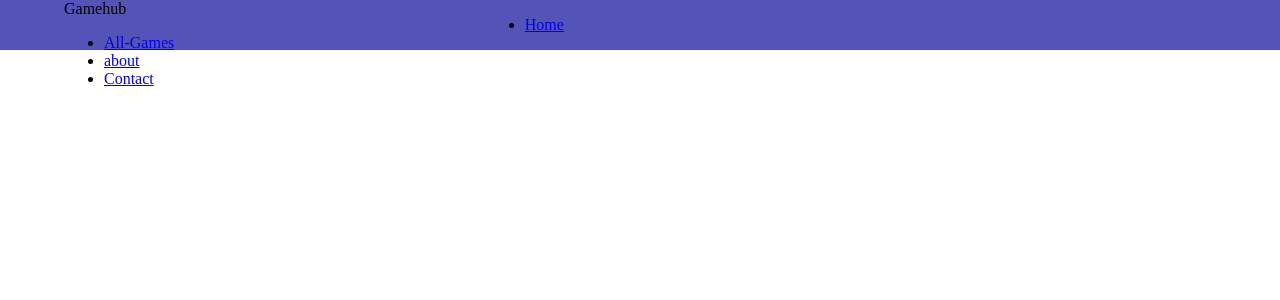
Repository: Fariaddd/New-CA-
Page: index.html
The author's editor kept a copy of each file at every save. The page is drawn from the files as they stood at one save, then again after the next save.
The browser window is 1280 px wide. The pictures show the whole page.

Above is the page before, as saved 2021-11-13 17:55:37.

### index.html
<!DOCTYPE html>
<html lang="en">
  <head>
    <meta charset="UTF-8" />
    <meta http-equiv="X-UA-Compatible" content="IE=edge" />
    <meta name="viewport" content="width=device-width, initial-scale=1.0" />
    <title>Homepage</title>
    <link rel="stylesheet" href="./css/styles.css" />
  </head>
  <body>
    <header>
      <nav>
        <div class="logo">Gamehub</div>
        <ul class="link">
          <li><a href="index.html">Home</a></li>
          <li><a href="allgames.html">All-Games</a></li>
          <li><a href="about.html">about</a></li>
          <li><a href="contact.html">Contact</a></li>
        </ul>
      </nav>
    </header>
  </body>
</html>

### css/styles.css
nav {
  position: fixed;
  z-index: 10;
  left: 0;
  right: 0;
  top: 0;
  font-family: "montserrat" sans-serif;
  padding: 0 5%;
  height: 50px;
  background-color: rgb(83, 83, 184);
}

nav .logo {
  float: left;
  width: 40%;
}

nav .links {
  float: right;
  align-items: center;
  padding: 0;
  margin: 0;
  width: 60%;
  height: 100%;
}

After the next save:
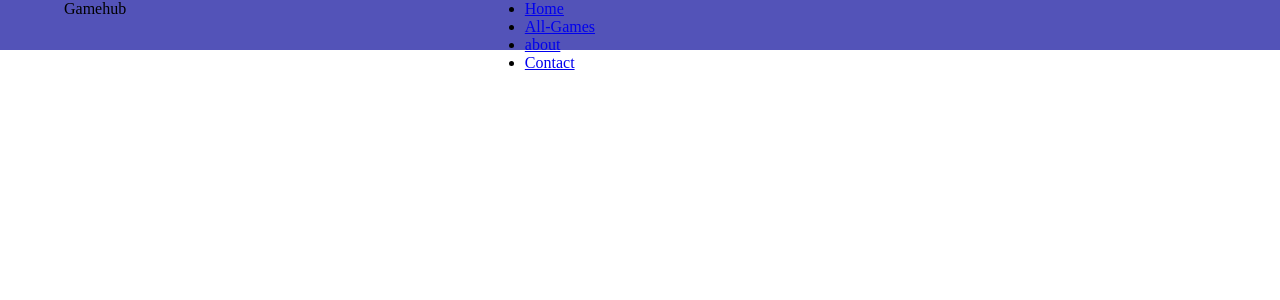
Saved 7 s later.
--- a/css/styles.css
+++ b/css/styles.css
@@ -15,7 +15,7 @@
   width: 40%;
 }
 
-nav .links {
+nav .link {
   float: right;
   align-items: center;
   padding: 0;
